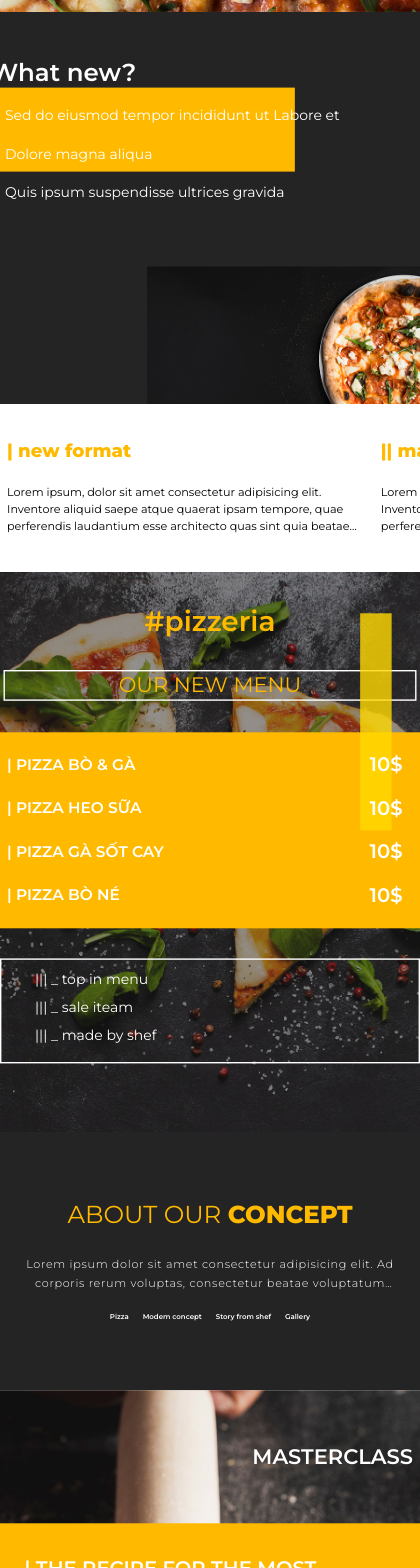
Repository: phu1204/pizzeria.github.io
Page: index.html
An editor plug-in stored every save of this project. The page is shown before and after a run of saves, followed by the edit.
The browser window is 600 px wide. The pictures show the part of the page from y = 783 to 3023 px (the page is 6964 px tall), at 70% of full size.
The style sheet was rebuilt from its Sass, Less or Tailwind sources for each picture, by a compiler version that may differ from the author's.

Above is the page before, as saved 2021-07-29 23:21:19.

### index.html
<!DOCTYPE html>
<html lang="en">
  <head>
    <meta charset="UTF-8" />
    <meta http-equiv="X-UA-Compatible" content="IE=edge" />
    <meta name="viewport" content="width=device-width, initial-scale=1.0" />
    <title>#pizzeria</title>
    <link rel = "icon" href =
    "images/pizza.png"
            type = "image/x-icon">
    <link rel="preconnect" href="https://fonts.googleapis.com">
    <link rel="preconnect" href="https://fonts.gstatic.com" crossorigin>
    <link href="https://fonts.googleapis.com/css2?family=Montserrat:wght@300;400;600;800&display=swap" rel="stylesheet">
    <link rel="stylesheet" href="https://cdnjs.cloudflare.com/ajax/libs/font-awesome/5.15.3/css/all.min.css">
    <link rel="stylesheet" href="reset.css">
    <link rel="stylesheet" href="style.css">

  </head>
  <body>
      <div class="wrapper">
        <div class="container">
          <header id="header" class="header">
             <a href="#" class="header-logo">#pizzeria.</a>
             <nav class="header-menu">
               <ul class="header-list">
                 <li class="header-item"><a href="#menu" class="header-link">Menu</a></li>
                 <li class="header-item"><a href="#blog" class="header-link">Blog</a></li>
                 <li class="header-item"><a href="#about" class="header-link">About us</a></li>
                 <li class="header-item"><a href="#contact" class="header-link">Contacts</a></li>

               </ul>
               <i class="fas fa-times header-times"></i>
             </nav>
             <div class="header-info">
                <button href="" class="header-icon icon-search"><i class="fas fa-search"></i></button>
                <a href="" class="header-icon"><i class="fas fa-user"></i></a>
                <a href="" class="header-icon"><i class="fas fa-shopping-cart"></i></a>
             </div>
             <div class="header-bar">
                <i class="fas fa-bars"></i>
             </div>

             <div class="header-search">
                <input type="text" class="header-input" placeholder="Search">
             </div>
          </header>

          <section class="intro">
            <div class="intro-content">
              <div class="intro-title">
                <span class="intro-name intro--grand">grand</span>
                <span class="intro-name intro--opening">opening</span>
              </div>
              <a href="" class="button intro-button">read more</a>
            </div>
          </section>
        </div>

          <section  class="format">

            <div class="format-top">
                <div class="format-content">
                    <div class="format-title">new format</div>
                    <div class="format-info">
                      <h2 class="format-new">What new?</h2>
                      <ul class="format-list">
                        <li class="format-item">| Sed do eiusmod tempor incididunt ut Labore et</li>
                        <li class="format-item">| Dolore magna aliqua</li>
                        <li class="format-item">| Quis ipsum suspendisse ultrices gravida</li>
                      </ul>
                    </div>
                </div>
                <img src="images/format.png" alt="" class="format-img">
            </div>

            <div class="format-bottom  reveal">
              <div class="format-column">
                <h3 class="format-head">| new format</h3>
                <p class="fotmat-desc text">Lorem ipsum, dolor sit amet consectetur adipisicing elit. Inventore aliquid saepe atque quaerat ipsam tempore, quae perferendis laudantium esse architecto quas sint quia beatae id alias, sed dicta reprehenderit asperiores.</p>
              </div>
              <div class="format-column">
                <h3 class="format-head">|| master classes</h3>
                <p class="fotmat-desc text">Lorem ipsum, dolor sit amet consectetur adipisicing elit. Inventore aliquid saepe atque quaerat ipsam tempore, quae perferendis laudantium esse architecto quas sint quia beatae id alias, sed dicta reprehenderit asperiores.</p>
              </div>
              <div class="format-column">
                <h3 class="format-head">||| pizza restaurant</h3>
                <p class="fotmat-desc text">Lorem ipsum, dolor sit amet consectetur adipisicing elit. Inventore aliquid saepe atque quaerat ipsam tempore, quae perferendis laudantium esse architecto quas sint quia beatae id alias, sed dicta reprehenderit asperiores.</p>
              </div>
            </div>

          </section>

          <section id="menu" class="menu">
            <div class="menu-heading">
              <h2 class="menu-title  reveal">#pizzeria</h2>
              <p class="menu-order  reveal">our new menu</p>
            </div>
            <div class="menu-list  reveal">
              <div class="menu-item">
                <div class="menu-name">
                    <h3 class="menu-name-order"> | pizza bò & gà</h3>
                    <p class="menu-desc">(bò, trứng, xúc xích, trứng cút, bò viên)</p>
                </div>
                <p class="menu-price">10$</p>
              </div>
              <div class="menu-item">
                <div class="menu-name">
                    <h3 class="menu-name-order">| pizza heo sữa</h3>
                    <p class="menu-desc">(bò, trứng, xúc xích)</p>
                </div>
                <p class="menu-price">10$</p>
              </div>
              <div class="menu-item">
                <div class="menu-name">
                    <h3 class="menu-name-order">| pizza gà sốt cay</h3>
                    <p class="menu-desc">(bò, trứng, xúc xích, trứng cút, bò viên)</p>
                </div>
                <p class="menu-price">10$</p>
              </div>
              <div class="menu-item">
               <div class="menu-name">
                    <h3 class="menu-name-order">| pizza bò né</h3>
                    <p class="menu-desc">(bò, trứng, xúc xích)</p>
                </div>
                <p class="menu-price">10$</p>
              </div>
           </div>
           <div class="menu-bottom reveal">
             <p class="menu-hightlight">||| _ top in menu</p>
             <p class="menu-hightlight">||| _ sale iteam</p>
             <p class="menu-hightlight">||| _ made by shef</p>
           </div>

          </section>

          <section id="about"  class="about">
              <div class="about-body">
                <h2 class="about-title reveal">about our <span>concept</span></h2>
                <p class="about-desc text reveal">Lorem ipsum dolor sit amet consectetur adipisicing elit. Ad corporis rerum voluptas, consectetur beatae voluptatum recusandae tempora excepturi, temporibus quo veritatis ratione atque accusantium ea delectus eos harum culpa enim!</p>
                <ul class="about-list reveal">
                  <li class="about-item"><a href="">Pizza</a></li>
                  <li class="about-item"><a href="">Modem concept</a></li>
                  <li class="about-item"><a href="">Story from shef</a></li>
                  <li class="about-item"><a href="">Gallery</a></li>
                </ul>
              </div>
          </section>

          <section id="blog" class="class">
            <div class="class-content">
              <div class="class-name">
                <h1 class="class-caption reveal">masterclass</h1>
              </div>
              <div class="class-body reveal">
                <h2 class="class-heading">| the recipe for the most delicious pizza dough |</h2>
                <p class="class-desc">waiting for you</p>
                <div class="class-price">
                  <p class="class-info">price_<span>15$</span></p>
                  <p class="class-info">12:00-15:00</p>
                </div>
              </div>
                <a href="" class="class-button reveal">apply</a>
            </div>
          </section>

          <section id="contact" class="gallery ">
            <h2 class="gallery-heading reveal">gallery</h2>
            <div class="gallery-img ">
              <img src="./images/pizzaleft.jpg" alt="" class="gallery-img-item reveal">
              <img src="./images/pizzacenter.jpg" alt="" class="gallery-img-item reveal">
              <img src="./images/pizzaright.jpg" alt="" class="gallery-img-item reveal">
            </div>

            <div class="gallery-bottom">
              <h2 class="gallery-title">#pizzeria.</h2>
              <div class="gallery-content">
                <div class="gallery-desc reveal">Lorem ipsum dolor sit amet consectetur, adipisicing. Dolores dolorum, quia consectetur iste officia eligendi! consectetur nemo, reiciendis repudiandae nesciunt dolor id numquam laborum temporibus fuga</div>

              <div class="gallery-contact">
                <div class="gallery-social reveal">
                  <p class="gallery-block">| find us here</p>
                  <div class="gallery-link">
                    <i class="fab fa-instagram"></i>

                    <i class="fab fa-facebook"></i>

                    <i class="fab fa-twitter"></i>

                    <i class="fab fa-whatsapp"></i>

                    <i class="fab fa-google"></i>
                  </div>

                </div>

                <div class="gallery-info reveal">
                  <p class="gallery-block">| ask us here</p>
                  <a href="" class="gallery-web">www.#pizzeria.com</a>

                </div>
              </div>
            </div>
          </div>
          </section>

          <a href="#" class="ontop" >
            <i class="fas fa-arrow-up"></i>
          </a>

          <footer id="footer" class="footer ">
            <div class="footer-about footer-repon reveal">
              <h3 class="footer-title">about</h3>
              <p class="footer-desc text">
                Lorem ipsum dolor, sit amet consectetur adipisicing elit. Amet magnam laudantium fuga sed aliquid doloremque quos repellendus quis. Est non laboriosam incidunt recusandae, sed natus dignissimos eaque pariatur culpa esse.
              </p>

            </div>

              <div class="footer-item footer-repon reveal">
                <h3 class="footer-title">menu</h3>

                <ul>
                  <li class="footer-link"><a href="" class="footer-item-link">Team</a></li>
                  <li class="footer-link"><a href="" class="footer-item-link">Join us</a></li>
                  <li class="footer-link"><a href="" class="footer-item-link">Ethic</a></li>
                  <li class="footer-link"><a href="" class="footer-item-link">Goals</a></li>
                </ul>
              </div>

              <div class="footer-item footer-repon reveal">
                <h3 class="footer-title">shef</h3>
                <ul>
                  <li class="footer-link"><a href="" class="footer-item-link">Team</a></li>
                  <li class="footer-link"><a href="" class="footer-item-link">Join us</a></li>
                  <li class="footer-link"><a href="" class="footer-item-link">Ethic</a></li>
                  <li class="footer-link"><a href="" class="footer-item-link">Goals</a></li>
                </ul>
              </div>

              <div class="footer-item footer-repon reveal">
                <h3 class="footer-title">contact</h3>
                <ul>
                  <li class="footer-link"><a href="" class="footer-item-link">Team</a></li>
                  <li class="footer-link"><a href="" class="footer-item-link">Join us</a></li>
                  <li class="footer-link"><a href="" class="footer-item-link">Ethic</a></li>
                  <li class="footer-link"><a href="" class="footer-item-link">Goals</a></li>
                </ul>
              </div>
        </footer>

      </div>
    <script type="text/javascript" src="https://cdnjs.cloudflare.com/ajax/libs/jquery/3.6.0/jquery.min.js"></script>
    <script src="js/main.js"></script>
    <script src="js/search.js"></script>

  </body>
</html>

### reset.css
html,
body,
div,
span,
applet,
object,
iframe,
h1,
h2,
h3,
h4,
h5,
h6,
p,
blockquote,
pre,
a,
abbr,
acronym,
address,
big,
cite,
code,
del,
dfn,
em,
img,
ins,
kbd,
q,
s,
samp,
small,
strike,
strong,
sub,
sup,
tt,
var,
b,
u,
i,
center,
dl,
dt,
dd,
ol,
ul,
li,
fieldset,
form,
label,
legend,
table,
caption,
tbody,
tfoot,
thead,
tr,
th,
td,
article,
aside,
canvas,
details,
embed,
figure,
figcaption,
footer,
header,
hgroup,
menu,
nav,
output,
ruby,
section,
summary,
time,
mark,
audio,
video {
  margin: 0;
  padding: 0;
  border: 0;
  font-size: 100%;
  font: inherit;
  vertical-align: baseline;
}
/* HTML5 display-role reset for older browsers */
article,
aside,
details,
figcaption,
figure,
footer,
header,
hgroup,
menu,
nav,
section {
  display: block;
}
body {
  line-height: 1;
}
ol,
ul {
  list-style: none;
}
blockquote,
q {
  quotes: none;
}
blockquote:before,
blockquote:after,
q:before,
q:after {
  content: "";
  content: none;
}
table {
  border-collapse: collapse;
  border-spacing: 0;
}
*,
*:before,
*:after {
  box-sizing: border-box;
}
/* using rem unit */
html {
  font-size: 62.5%;
}
a {
  text-decoration: none;
  color: white;
}
img {
  display: block;
  max-width: 100%;
}
body {
  font-family: "Montserrat", sans-serif;
  font-size: 16px;
  line-height: 1;
}
input,
button,
textarea,
select {
  outline: none;
  font-family: "Montserrat", sans-serif;
  font-size: 16px;
  line-height: 1;
}
input {
  line-height: normal;
}
button {
  cursor: pointer;
  border: none;
  outline: none;
  background-color: transparent;
}

### style.scss
@import"scss/global";
@import"scss/header";
@import"scss/variables";
@import"scss/intro";
@import"scss/format";
@import"scss/menu";
@import"scss/about";
@import"scss/class";
@import"scss/gallery";
@import"scss/footer";
@import"scss/animation";

### scss/_global.scss
.container{
  background: url(./images/hero-img.jpg) no-repeat center/cover;
  width: 100%;
  margin: 0 auto;
  height: 100vh;
  position: relative;
}

html{
  scroll-behavior: smooth;
  -webkit-overflow-scrolling: touch;
}

.wrapper{
  max-width: 100%;
  position: relative;

}

.button{
  padding: 20px 40px;
  border: 4px solid #fff;
  font-size: 30px;
  text-transform: uppercase;
  color: white;
  font-weight: 600;
}

.text{
  font-weight: 300;
  font-size: 16px;
  margin-top: 35px;
  line-height: 1.5;
  color: black;
  font-weight: 400;
  display:-webkit-box;
  -webkit-line-clamp:3;
  -webkit-box-orient: vertical;
  overflow: hidden;
  text-overflow: ellipsis;
  word-break: break-word;
}

@media screen and (max-width: 1279px) {
  .container {

      background-position: top;
      height: 960px;
  }
}

@media screen and (max-width: 1023px) {
  .container {
    background-position: top;
    height: 960px;
}
}

@media screen and (max-width: 767px) {
  .container {
    background-size: auto 800px;
    background-position: center;
    height: 800px;
    background-color: #242424;
}
}


.reveal{
  opacity: 0;
  transform: translateY(100%);
  transition: all 0.4s linear;
}

.reveal.active{
  opacity: 1;
  transform: translateY(0);
  transition: all 0.3s linear;
  // .gallery-title::before{
  //     display: none;
  // }
}

.ontop{
  position: fixed;
  right: 60px;
  z-index: 99;
  bottom: 80px;
  width: fit-content;
  background-color: #ffba00;
  border-radius: 100rem;
  cursor: pointer;
  i{
     padding: 18px;
     font-size: 15px;
     color: white;
  }
  display: none;
  animation: bottotop 0.4s linear;
}

@media screen and (max-width: 1023px) {
  .ontop{
    right: 30px;
  }
}

### scss/_variables.scss
$black-gray: #242424;

### scss/_intro.scss
.intro{
    background-color: #ffba00;
    height: 200px;
    position: absolute;
    top: 50%;
    left: 50%;
    transform: translate(-50%,-50%);
    width: 100%;
    display: flex;
    align-items: center;
    padding: 0 10px;
    &-content{
        width: 1200px;
        margin: 0 auto;
        display: flex;
        justify-content: space-between;
        align-items: center;
        padding-top: 75px;
    }
    &--grand{
        animation: lefttoright 0.5s linear;
    }
    &--opening{
        animation: righttoleft 0.5s linear;
    }
    &-name{
        display: block;
        text-transform: uppercase;
        font-size: 130px;
        color: white;
        letter-spacing: 10px;
    }
    &-name:first-child{
        font-weight: 800;
    }
    &-name:last-child{
        font-weight: 200;
    }

    &-button{
        margin-top: 130px;
        background-color: #ffba00;
        animation: bottotop 0.5s linear;
    }

    @media screen and (max-width: 1279px) {
        height: 150px;
        &-content{
            flex-direction: column;
            transform: translateY(130px)
        }
        &-name {
            font-size: 90px;
            width: fit-content;
        }

        &-title {
            width: 100%;
        }

        &-name:last-child{
            margin-left: auto;
        }

        &-button{
            margin-top: 200px;

        }
    }

    @media screen and (max-width: 1023px) {
        height: 120px;
       &-name{
           font-size: 60px;
       }

       &-button{
           margin-top: 170px;
           padding: 15px 30px;
           font-size: 23px;
       }

       &-content{
            transform: translateY(105px)
       }
    }

    @media screen and (max-width: 767px) {
        height: 100px;
       &-name{
           font-size: 50px;
           letter-spacing: 3px;
       }

       &-content{
        transform: translateY(100px)
       }

       &-button{
           padding: 15px 30px;
           font-size: 23px;
           margin-top: 170px;
       }
    }


}

### scss/_menu.scss
.menu{
  background: url(./images/menu.jpg) no-repeat center/cover;
  width: 100%;
  height: 100vh;
  position: relative;
  display: flex;
  flex-direction: column;
  align-items: center;
  padding: 50px 0;
  color: white;
  &-heading{
      width: 100%;
      text-align: center;
  }
  &-title{
      font-size: 40px;
      color: #ffba00;
      margin-bottom: 45px;
      font-weight: 600;
  }

  &-order{
    font-size: 40px;
    color: #ffba00;
    width: 80%;
    text-align: center;
    padding: 15px 350px 70px 0;
    margin-left: auto;
    border: 2px solid white;
    text-transform: uppercase;
    margin-bottom: 12px;
  }

  &-list {
      width: 1200px;
      margin-left: auto;
      padding: 60px 50px 0 40px;
      margin-bottom: 50px;
      position: relative;
      z-index: 2;
      max-width: 100%;
  }

  &-list::before{
    content: "";
    position: absolute;
    width: 100%;
    height: 320px;
    background-color: #ffba00;
    z-index: -2;
    // transform: translate(-50%,-50%);
    top: 45px;
    left: 0;
    }

    &-list::after{
        content: "";
        position: absolute;
        width: 45px;
        height: 350px;
        background-color: rgba(255, 217, 0, 0.801);

        top: calc(50% + 37px);
        right:  31%;
        transform: translate(-50%,-50%);
        z-index: -1;
    }

  &-item{
      display: flex;
      align-items: center;
      justify-content: space-between;
      line-height: 1.5;
      width: 750px;
      max-width: 100%;
  }

  &-desc{
      font-size: 23px;
      letter-spacing: 2px;
  }

  &-name-order{
      text-transform: uppercase;
      font-size: 27px;
      font-weight: 600;
  }

  &-item{
        margin-top: 25px;
  }

  &-price{
      font-size: 28px;
      font-weight: 600;
  }

  &-bottom{
    width: 1100px;
    margin-left: auto;
    padding-top: 20px;

    margin-bottom: 70px;
    position: relative;
    right: 50px;
  }

  &-bottom::before{
    content: "";
    position: absolute;
    background-color: transparent;
    width: 1000px;
    height: 150px;
    border: 2px solid white;
    transform: translate(-32%,-20%);
  }

  &-hightlight{
      font-size: 20px;
  }

  &-hightlight:not(:first-child){
    margin-top: 20px;
}

  @media screen and (max-width: 1279px) {
    height: 80vh;
    &-bottom{
      padding-left: 50px;
      margin-right: auto;
      right: 0;
    }

    &-title{
      margin-bottom: 50px;
    }
    &-order{
      margin-bottom: 40px;
    }

    &-list{
      margin-bottom: 120px;
    }

    &-list::after{
      right: 18%;
    }
  }

  @media screen and (max-width: 1023px) {
      height: 85vh;
      &-title{
        margin-bottom: 50px;
      }
      &-order{
        margin-bottom: 0;
        padding: 15px 195px 50px 0;
        font-size: 35px;
      }

      &-name-order{
        font-size: 22px;
      }
      &-list{
        margin-bottom: 70px;
        padding-top: 65px;
      }
      &-list::before{
        height: 280px;
      }
      &-item{
        width: 650px;
        margin-top: 20px;
      }
      &-desc{
        font-size: 18px;
      }
      &-bottom::before{
        width: 750px;
      }
      &-list::after{
        right: 3%;
        height: 300px;
      }

  }

  @media screen and (max-width: 767px) {
    height: 100vh;
    &-heading{
      padding: 0 5px;
    }
    &-order{
      padding: 5px 5px;
      width: 100%;
      font-size: 30px;
    }
    &-desc{
      display: none;
    }
    &-list{
        padding: 50px 25px 0 10px;
        max-width: 100%;
    }
    &-list::after{
      height: 310px;
      top: 10%;
      right: 3%;
    }
    &-bottom{
      max-width: 100%;
    }
    &-bottom::before{
      max-width: 100%;
      transform: none;
      left: 0;
      top: 0;
    }

  }




}

### scss/_about.scss
.about{
    padding: 120px 20px;
    display: flex;
    flex-direction: column;
    justify-content: center;
    align-items: center;
    text-align: center;
    background-color: #242424;
    max-width: 100%;
    &-body{
        width: 700px;
    }
    &-title{
        margin-bottom: 40px;
        font-size: 35px;
        text-transform: uppercase;
        color: #ffba00;
        span{
            font-weight: 800;

        }
    }

    &-desc{
        margin-bottom: 30px;
        font-weight: 200;
        line-height: 1.7;
        display:-webkit-box;
        -webkit-line-clamp:2;
        -webkit-box-orient: vertical;
        overflow: hidden;
        text-overflow: ellipsis;
        word-break: break-word;
        color: white;
        letter-spacing: 1px;
    }

    &-list{
        display: flex;
        align-items: center;
        justify-content: center;
    }

    &-item{
        margin: 0 10px;
        font-size: 14px;
        font-weight: 600;
    }
    @media screen and (max-width: 767px) {
        padding: 100px 20px;
        &-body{
            max-width: 100%;
        }
        &-item{
            font-size: 10px;
        }

    }

}

### scss/_class.scss
.class{
    background: url(./images/class.jpg) no-repeat center/cover;
    width: 100%;
    margin: 0 auto;
    height: 100vh;
    position: relative;
    padding: 80px 130px 140px 0;
    color: white;
    &-content{
        display:flex;
        flex-direction:column;
        width: 530px;
        margin-left: auto;
    }
    &-name{
        margin-bottom: 80px;
    }
    &-caption{
        text-transform: uppercase;
        font-weight: 600;
        font-size: 30px;
        text-align: right;
    }
    &-body{
        padding: 100px 60px 65px;
        background-color: #ffba00;
    }
    &-heading{
        font-size: 40px;
        font-weight: 600;
        line-height: 1;
        text-transform: uppercase;
        margin-bottom: 40px;
    }

    &-desc{
        font-size: 30px;
        font-weight: 600;
        margin-bottom: 85px;
    }

    &-price{
        width: fit-content;
        text-transform: uppercase;
        font-size: 30px;
        margin-left: auto;
        letter-spacing: 2px;
        span{
            font-weight: 600;
        }
    }
    &-info:first-child{
        margin-bottom: 15px;
    }

    &-body{
        margin-bottom: 40px;
    }

    &-button{
        padding: 50px 30px 20px;
        background-color: #ffba00;
        width: 85%;
        margin-left: auto;
        font-size: 32px;
        text-transform: uppercase;
        font-weight: 600;
    }

    @media screen and (max-width: 1279px) {
        height: 75vh;
    }

    @media screen and (max-width: 767px) {
        padding-right: 0;
        height: 100vh;
        &-content{
            width: 100%;
        }
        &-name{
            padding-right: 10px;
        }
        &-heading{
            font-size: 28px;
        }
        &-body{
            padding: 50px 35px;
        }
        &-button{
            width: 60%;
            padding-top: 30px;
            font-size: 25px;
        }
        &-desc{
            font-size: 25px;
        }
        &-price{
            font-size: 25px;
        }
    }

}

### scss/_footer.scss
.footer {
  padding: 70px 100px;
  color: white;
  display: flex;
  align-items: center;
  justify-content: center;
  background-color: #483500;
  max-width: 100%;
  flex-wrap: wrap;

  &-about{
      width: 280px;
      margin-right: 180px;
  }

  &-item:not(:last-child){
      margin-right: 150px;
  }
  &-item{
      line-height: 1.5;
  }

  &-desc{
      color: white;
      line-height: 1.5;
  }

  &-title{
      margin-bottom: 35px;
      font-size: 17px;
      font-weight: 600;
      text-transform: uppercase;
  }
  @media screen and (max-width: 767px) {
      padding: 0 0 0 10px;
    //   gap: 10px;
    &-title {
        margin-bottom: 10px;
    }
    &-repon{
        flex: 1 1 50%;
        width: 100%;
        padding: 10px;
    }
    &-about{
        margin-right: 0;
    }
    &-item:not(:last-child){
        margin-right: 0;
    }
  }

}

### scss/_animation.scss
@keyframes lefttoright{
    from{
        opacity: 0;
        transform: translateX(-100%);
    }
    to{
        opacity: 1;
        transform: translateX(0);
     }
}

@keyframes righttoleft{
    from{
        opacity: 0;
        transform: translateX(100%);
    }
    to{
        opacity: 1;
        transform: translateX(0);
     }
}

@keyframes bottotop{
    from{
        opacity: 0;
        transform: translateY(100%);
    }
    to{
        opacity: 1;
        transform: translateX(0);
     }
}

@keyframes toptobot{
    from{
        opacity: 0;
        transform: translateY(-200%);
    }
    to{
        opacity: 1;
        transform: translateX(0);
     }
}

@keyframes fadeOut{
    from{
        opacity: 0;
        transform: scale(1);
    }
    to{
        opacity: 1;
        transform: scale(0);
     }
}

Loaded but not shown: js/main.js (59 lines, source omitted); js/search.js (6 lines, source omitted); scss/_header.scss (236 lines, source omitted); scss/_format.scss (210 lines, source omitted); scss/_gallery.scss (165 lines, source omitted)

After the next 3 saves:
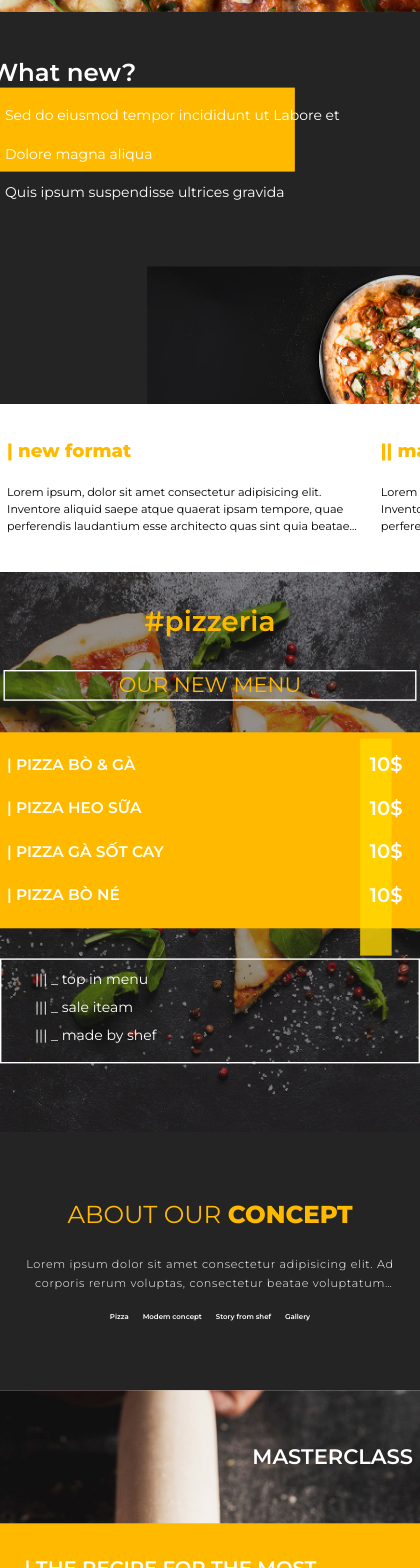
The 3 saves are shown as one change because they came seconds apart.
The last was saved 12 s later.
--- a/scss/_menu.scss
+++ b/scss/_menu.scss
@@ -204,7 +204,7 @@
     }
     &-list::after{
       height: 310px;
-      top: 10%;
+      top: 70%;
       right: 3%;
     }
     &-bottom{
